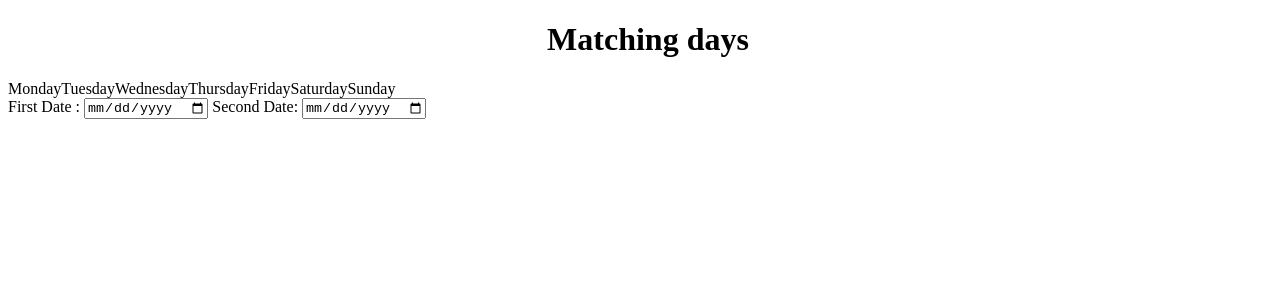
Repository: lasity34/matching-days
Page: index.html
An editor plug-in stored every save of this project. The page is shown before and after the next save, followed by the edit.
The browser window is 1280 px wide. The page is 1288 px wide, so the pictures cover 1288 px, including what lies to the right of the window. The pictures show the whole page.
Some web libraries are served in a nearby version.

Above is the page before, as saved 2023-05-10 10:13:13.

### index.html
<!DOCTYPE html>
<html lang="en">
<head>
    <meta charset="UTF-8">
    <meta http-equiv="X-UA-Compatible" content="IE=edge">
    <meta name="viewport" content="width=device-width, initial-scale=1.0">
    <title>Matching days</title>
    <link rel="stylesheet" href="style.css" >
</head>
<script src="https://cdnjs.cloudflare.com/ajax/libs/handlebars.js/4.0.11/handlebars.min.js"></script>
<script type="text/x-template" id="days_template">
    {{#each different_days}}
    <div class="day_box">{{day}}</div>
    {{/each}}
</script>
<body>

    <h1>Matching days</h1>
    <section class="days_container">

    </section>
    <section class="date_input_container">
        <label for="first_date">First Date :</label>
        <input type="date" id="first_date" name="first_date" />
        <label for="second_date">Second Date:</label>
        <input type="date" id="second_date" name="second_date"/>
    </section>


        <!-- matching-days function -->
        <script src="/matching-days.js" charset="utf-8"></script>
        <!-- followed by the tests -->
        <script src="./matching-days-factory.js" charset="utf-8"></script>

</body>
</html>

### style.css

body {
    width: 100%;
}

h1 {
    text-align: center;
}

.days_container {
    display: flex;
}

### matching-days.js



document.addEventListener("DOMContentLoaded", function() {

    const template_source = document.querySelector("#days_template").innerHTML
    const days_template = Handlebars.compile(template_source)
    const days_data_display = document.querySelector(".days_container")

    const daysData = {
        different_days: [
            { day: "Monday"},
            { day: "Tuesday"},
            { day: "Wednesday"},
            { day: "Thursday"},
            { day: "Friday"},
            { day: "Saturday"},
            { day: "Sunday"}
        ]
    }

    const daysDataHTML = days_template(daysData)

    days_data_display.innerHTML = daysDataHTML

})

Loaded but not shown: matching-days-factory.js (no stored copy; drawn as an empty file)

After the next save:
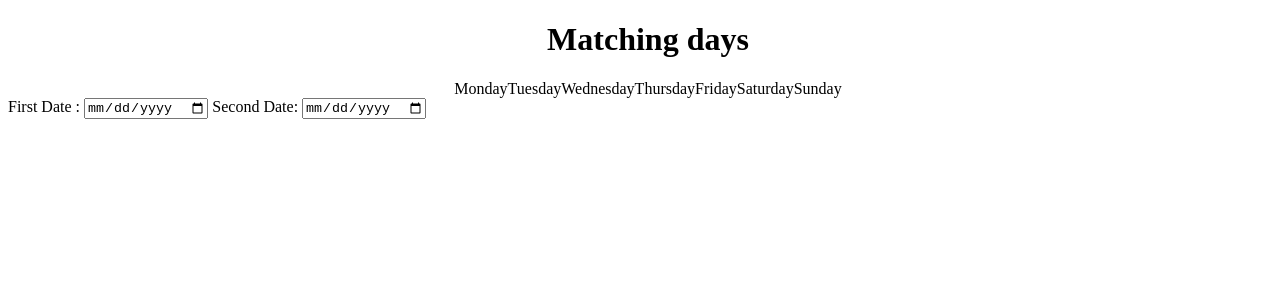
Saved 82 s later.
--- a/style.css
+++ b/style.css
@@ -9,4 +9,9 @@ h1 {
 
 .days_container {
     display: flex;
+    justify-content: center;
 }
+
+.day_box {
+
+}
